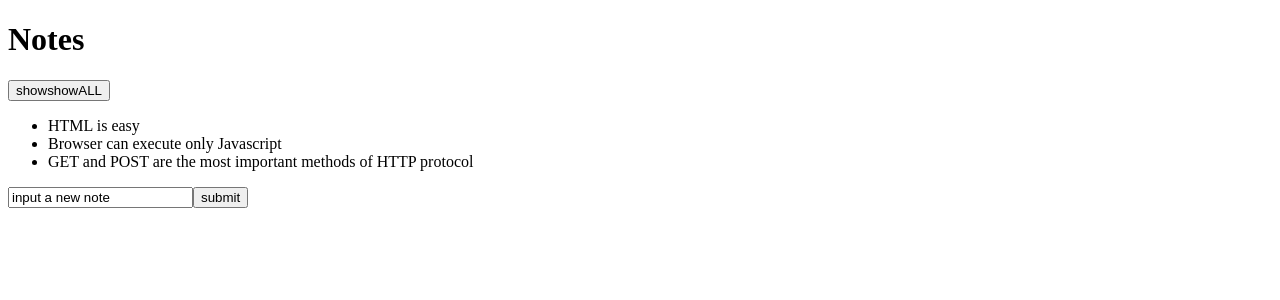
Repository: 2Lavine/fullstack
Page: / (app in part2/)
An editor plug-in stored every save of this project. The page is shown before and after the next save, followed by the edit.
The browser window is 1280 px wide. The pictures show the whole page.
The project was rebuilt for these pictures with package versions that can differ from the ones it lists, and the page was loaded fresh each time.

Above is the page before, as saved 2020-09-06 12:48:11.

After the next save:
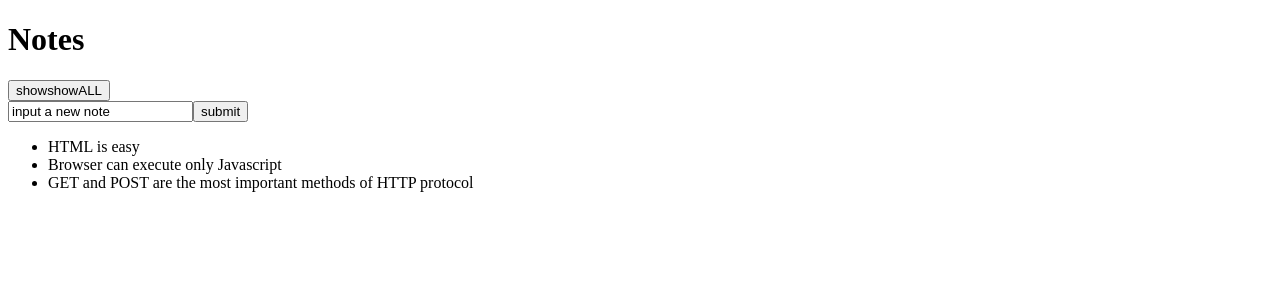
Saved 41 s later.
--- a/part2/src/App.js
+++ b/part2/src/App.js
@@ -37,15 +37,15 @@ const App = (props) => {
           show{showAll ? "showALL" : "important"}
         </button>
       </div>
+      <form onSubmit={addNote}>
+        <input value={newNote} onChange={handleNoteChange}></input>
+        <button type="submit">submit</button>
+      </form>
       <ul>
         {notesToShow.map((note) => (
           <Note note={note} key={note.id}></Note>
         ))}
       </ul>
-      <form onSubmit={addNote}>
-        <input value={newNote} onChange={handleNoteChange}></input>
-        <button type="submit">submit</button>
-      </form>
     </div>
   );
 };
